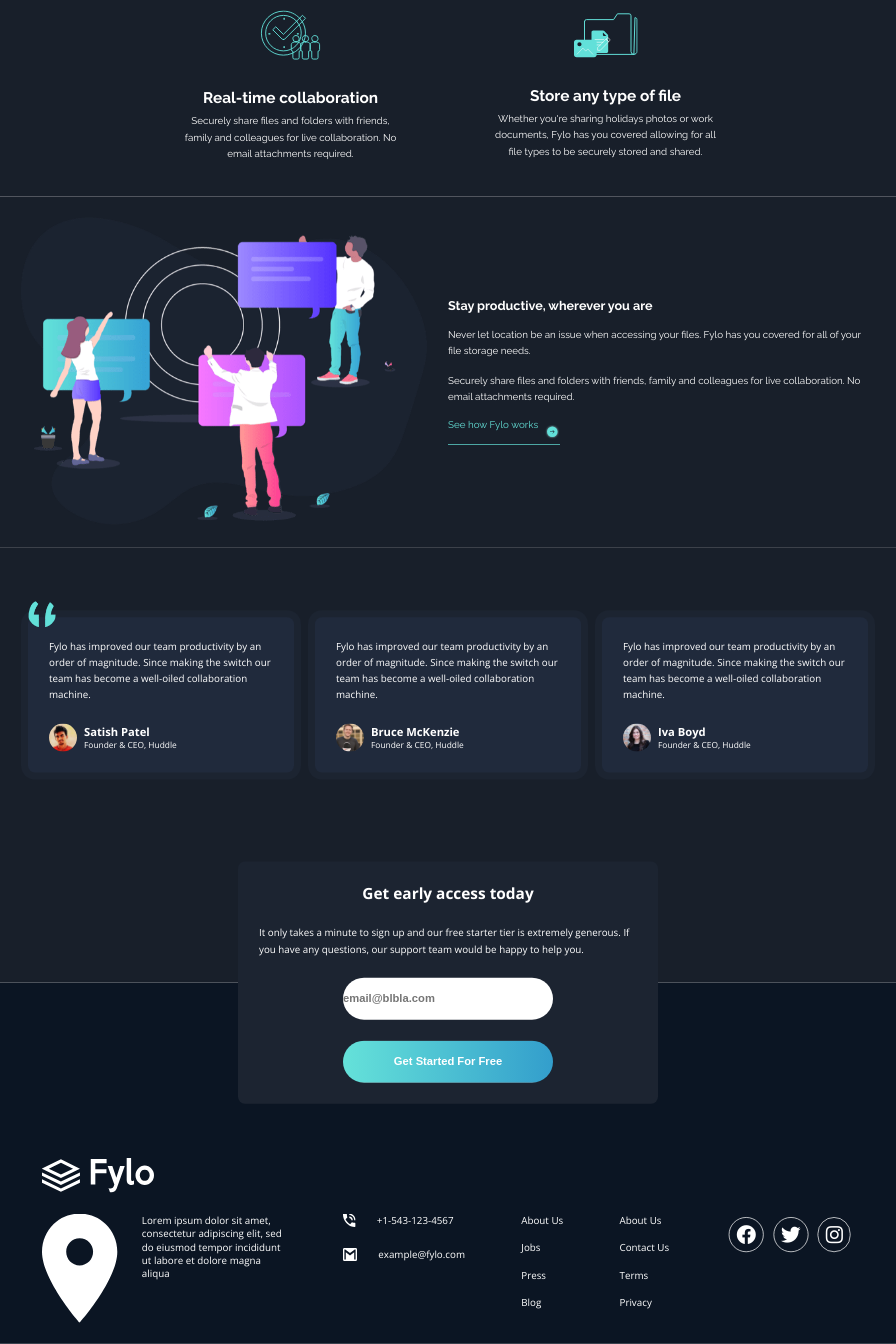
Repository: tomas938/fylo-dark-theme-landing-page-master
Page: index.html
An editor plug-in stored every save of this project. The page is shown before and after the next save, followed by the edit.
The browser window is 1280 px wide. The pictures show the part of the page from y = 1154 to 3074 px (the page is 3074 px tall), at 70% of full size.
Some web libraries are served in a nearby version. The style sheet was rebuilt from its Sass, Less or Tailwind sources for each picture, by a compiler version that may differ from the author's.

Above is the page before, as saved 2021-08-05 19:40:06.

### index.html
<!DOCTYPE html>
<html lang="en">
	<head>
		<meta charset="UTF-8" />
		<meta name="viewport" content="width=device-width, initial-scale=1.0" />
		<link
			rel="icon"
			type="image/png"
			sizes="32x32"
			href="./images/favicon-32x32.png"
		/>
		<title>
			Frontend Mentor | Fylo landing page with dark theme and features grid
		</title>
		<link rel="stylesheet" href="https://pro.fontawesome.com/releases/v5.10.0/css/all.css" integrity="sha384-AYmEC3Yw5cVb3ZcuHtOA93w35dYTsvhLPVnYs9eStHfGJvOvKxVfELGroGkvsg+p" crossorigin="anonymous"/>
		<link rel="stylesheet" href="/scss/main.css" />
	</head>
	<body>
		<section class="intro">
			<nav class="intro__navigation">
				<img src="/images/logo.svg" alt="" />
				<ul class="intro__navigation__links">
					<li><a href="#">Features</a></li>
					<li><a href="#">Team</a></li>
					<li><a href="#">Sign In</a></li>
				</ul>
			</nav>
			<div class="intro__description">
				<img class="bg-image" src="/images/illustration-intro.png" alt="" />
				<h1>All your files in one secure location, accessible anywhere.</h1>
				<p>
					Fylo stores all your most important files in one secure location.
					Access them wherever you need, share and collaborate with friends
					family, and co-workers.
				</p>
				<button class="blue-rounded">Get Started</button>
			</div>
		</section>
		<section class="about">
			<div class="about__item">
				<img src="/images/icon-access-anywhere.svg" class="icon"></img>
				<h3>Access your files, anywhere</h3>
				<p>
					The ability to use a smartphone, tablet, or computer to access your
					account means your files follow you everywhere.
				</p>
			</div>
			<div class="about__item">
				<img src="/images/icon-security.svg" class="icon"></img>
				<h3>Security you can trust</h3>
				<p>
					2-factor authentication and user-controlled encryption are just a
					couple of the security features we allow to help secure your files.
				</p>
			</div>
			<div class="about__item">
				<img src="/images/icon-collaboration.svg" class="icon"></img>
				<h3>Real-time collaboration</h3>
				<p>
					Securely share files and folders with friends, family and colleagues
					for live collaboration. No email attachments required.
				</p>
			</div>
			<div class="about__item">
				<img src="/images/icon-any-file.svg" class="icon"></img>
				<h3>Store any type of file</h3>
				<p>
					Whether you're sharing holidays photos or work documents, Fylo has you
					covered allowing for all file types to be securely stored and shared.
				</p>
			</div>
		</section>
    <section class="informations">
      <div class="informations__image">
        <img src="/images/illustration-stay-productive.png" alt="">
      </div>
      <div class="informations__content">
        <h4>Stay productive, wherever you are</h4>
        <p> Never let location be an issue when
		accessing your files. Fylo has you covered for all of your file storage
		needs.</p>
        <p> Securely share files and folders with friends, family and colleagues
		for live collaboration. No email attachments required.</p>
        <div class="link">
          <a href="#"> See how Fylo works</a>
          <img src="/images/icon-arrow.svg" alt="">
        </div>
      </div>
    </section>
    <section class="testimonials">
      <div class="testimonials__item">
        <img class="quotes" src="/images/bg-quotes.png" alt="">
        <p>	Fylo has improved our team productivity by an order of magnitude. Since
		making the switch our team has become a well-oiled collaboration machine.</p>
      <div class="person">
        <img src="/images/profile-1.jpg" alt="">
        <div class="person__information">
          <h4>	Satish Patel </h4>
          <h5> Founder & CEO, Huddle</h5>
        </div>
      </div>
      </div>
      <div class="testimonials__item">
        <p>	Fylo has improved our team productivity
		by an order of magnitude. Since making the switch our team has become a
		well-oiled collaboration machine.</p>
      <div class="person">
        <img src="/images/profile-2.jpg" alt="">
        <div class="person__information">
          <h4>Bruce McKenzie </h4>
          <h5> Founder & CEO, Huddle</h5>
        </div>
      </div>
      </div>
      <div class="testimonials__item">
        <p>	Fylo has improved our team productivity
		by an order of magnitude. Since making the switch our team has become a
		well-oiled collaboration machine.</p>
      <div class="person">
        <img src="/images/profile-3.jpg" alt="">
        <div class="person__information">
          <h4>	Iva Boyd </h4>
          <h5> Founder & CEO, Huddle</h5>
        </div>
      </div>
      </div>
    </section >
	<section class="contact">
		<div class="contact__item">
			<h3>Get early access today</h3>
			<p>	 It only takes a minute to sign
		  up and our free starter tier is extremely generous. If you have any
		  questions, our support team would be happy to help you.</p>
		  <input type="text" placeholder="email@blbla.com">
		  <button class="blue-rounded ">Get Started For Free</button>
		</div>
	</section>
	<!-- <footer class="footer">
		<div class="footer__wrapper">
			<div class="desk">
				<img class="logo" src="/images/logo.svg" alt="">
				<div  class="footer__wrapper__information">
					<div class="left">

						<div class="footer__wrapper__information__item">
							<img  src="/images/icon-location.svg" alt="">
							<p>Lorem ipsum dolor sit amet, consectetur adipiscing elit, sed do eiusmod
					tempor incididunt ut labore et dolore magna aliqua</p>
						</div>
					</div>
					<div class="right">

						<div class="footer__wrapper__information__item">
							<img src="/images/icon-phone.svg" alt="">
							<p> +1-543-123-4567</p>
						</div>
						<div class="footer__wrapper__information__item">
							<img  src="/images/icon-email.svg" alt="">
							<p>example@fylo.com</p>
						</div>
					</div>
					<div class="left-link">

						<div class="links-up">
							<a href="#">About Us</a>
							<a href="#">Jobs</a>
							<a href="#">Press</a>
							<a href="#"> Blog</a>
						</div>
					</div>
					<div class="right-link">

						<div class="links-down">
							<a href="#"> Contact Us</a>
							<a href="#">Terms</a>
							<a href="#"> Privacy</a>
						</div>
					</div>
					<div class="icons">
						<a href="#" ><i class="fab fa-facebook fa-2x"></i></a>
						<a href="#"><i class="fab fa-twitter fa-2x"></i></a>
						<a href="#">  <i class="fab fa-instagram fa-2x"></i>
						</a>
					</div>
				</div>
			</div>
		</div>
	</footer> -->
	<footer>
		<img class="logo" src="/images/logo.svg" alt="">
		<div class="footer__content">
			<div class="location">
				<img  src="/images/icon-location.svg" alt="">
							<p>Lorem ipsum dolor sit amet, consectetur adipiscing elit, sed do eiusmod
					tempor incididunt ut labore et dolore magna aliqua</p>
			</div>
			<div class="phone-email">
				<div class="phone"><img src="/images/icon-phone.svg" alt="">
							<p> +1-543-123-4567</p></div>
				<div class="email"><img  src="/images/icon-email.svg" alt="">
							<p>example@fylo.com</p></div>
			</div>
			<div class="right-links">
					<a href="#">About Us</a>
							<a href="#">Jobs</a>
							<a href="#">Press</a>
							<a href="#"> Blog</a>
			</div>
			<div class="left-links">
					<a href="#">About Us</a>
					<a href="#"> Contact Us</a>
					<a href="#">Terms</a>
					<a href="#"> Privacy</a>
			</div>
			<div class="icons">
						<a href="#" ><i class="fab fa-facebook fa-2x"></i></a>
						<a href="#"><i class="fab fa-twitter fa-2x"></i></a>
						<a href="#">  <i class="fab fa-instagram fa-2x"></i>
						</a>
			</div>
		</div>
	</footer>


	</body>
</html>

### scss/main.scss
@import "./_partials/variables";
@import "./_partials/_reset";
@import "./_partials/_intro";
@import "./_partials/_about";
@import "./_partials/_informations";
@import "./_partials/_testimonials";
@import "./_partials/_contact";
@import "./_partials/_footer";

### scss/_partials/_variables.scss
// COLORS //

// ### Primary //

$intro-bg: hsl(217, 28%, 15%); // intro email sign up
$main-bg: hsl(218, 28%, 13%);
$footer-bg: hsl(216, 53%, 9%);
$testimonials-bg: hsl(219, 30%, 18%);

// ### Accent //

$cayn: hsl(176, 68%, 64%); //(inside call-to-action gradient)//
$blue: hsl(198, 60%, 50%); //(inside call-to-action gradient)//
$error: hsl(0, 100%, 63%);

// ### Neutral //

$white: hsl(0, 0%, 100%);

// FONTS //

// ### Headings, Call-to-actions, Header Navigation //

@import url("https://fonts.googleapis.com/css2?family=Raleway:wght@400;700&display=swap");

$heading-font: "Raleway", sans-serif;
$heading-light: 400;
$heading-bold: 700;

// ### Body //

@import url("https://fonts.googleapis.com/css2?family=Open+Sans:wght@400;700&family=Raleway:wght@400;700&display=swap");

$body-font: "Open Sans", sans-serif;
$body-light: 400;
$body-bold: 700;

// Button
.blue-rounded {
	max-width: 30rem;
	font-size: 1.6rem;
	font-weight: $heading-bold;
	border: none;
	outline: none;
	color: $white;
	background-image: linear-gradient(to right, $cayn, $blue);
	border-radius: 3rem;
	height: 6rem;
	width: 100%;
}

### scss/_partials/_reset.scss
* {
	margin: 0;
	padding: 0;
	box-sizing: border-box;
}
body {
	color: $white;
	font-family: $body-font;
}
html {
	font-size: 62.5%;
	@media only screen and (min-width: 1600px) {
		font-size: 93.5%;
	}
	// @media only screen and (min-width: 1400px) {
	// 	font-size: 83.5%;
	// }
	@media only screen and (max-width: 800px) {
		font-size: 83.5%;
	}
	@media only screen and (max-width: 600px) {
		font-size: 63.5%;
	}
	@media only screen and (max-width: 340px) {
		font-size: 53.5%;
	}
}
a {
	text-decoration: none;
}
li {
	list-style: none;
}

### scss/_partials/_intro.scss
.intro {
	background-color: $intro-bg;
	font-family: $heading-font;
	background-image: url(/images/bg-curvy-mobile.svg);
	background-repeat: no-repeat;
	background-position: bottom;
	background-size: 150% 50%;

	&__navigation {
		padding: 3rem 2rem;
		display: flex;
		justify-content: space-between;
		@media only screen and (min-width: 800px) {
			padding: 3rem 8rem;
		}
	}
	img {
		width: 10rem;
		height: 2.95rem;
	}

	&__navigation__links {
		display: flex;
		align-items: center;
	}
	li:not(:last-child) {
		margin-right: 2.2rem;
	}
	a {
		color: $white;
		font-weight: $heading-light;
		font-size: 1.4rem;
	}
	&__description {
		max-width: 60rem;
		padding: 3rem;
		margin: auto;
		display: flex;
		flex-direction: column;
		align-items: center;
		grid-gap: 2rem;
	}
	.bg-image {
		width: 100%;
		height: 100%;
	}
	h1 {
		font-size: 2.5rem;
		text-align: center;
		line-height: 3.5rem;
	}
	p {
		font-size: 1.4rem;
		line-height: 2.3rem;
		text-align: center;
	}
}

### scss/_partials/_about.scss
.about {
	display: grid;
	grid-template-columns: 1fr;
	@media only screen and (min-width: 800px) {
		grid-template-columns: 35rem 35rem;
		grid-gap: 10rem;
		justify-content: center;
	}
	justify-items: center;
	grid-gap: 5rem;
	background-color: $main-bg;
	font-family: $heading-font;
	padding: 5rem 0;
	&__item {
		max-width: 35rem;

		display: flex;
		flex-direction: column;
		align-items: center;
		justify-content: center;
		padding: 0 1.5rem;
		grid-gap: 1rem;
	}
	.icon {
		margin-bottom: 3rem;
	}
	h3 {
		font-size: 2.2rem;
	}
	p {
		font-size: 1.4rem;
		line-height: 2.3rem;
	}
	h3,
	p {
		text-align: center;
	}
}

### scss/_partials/_informations.scss
.informations {
	display: flex;
	flex-direction: column;
	@media only screen and (min-width: 800px) {
		flex-direction: row;
		justify-content: space-around;
	}
	justify-content: center;
	align-items: center;
	grid-gap: 3rem;
	font-family: $heading-font;
	background-color: $main-bg;
	padding: 3rem;
	&__image {
		img {
			width: 100%;
		}
	}
	&__content {
		max-width: 60rem;
		@media only screen and (min-width: 800px) {
			max-width: 50%;
		}
		display: flex;
		flex-direction: column;
		grid-gap: 2rem;
	}
	h3 {
		text-align: center;
	}

	h4 {
		font-size: 1.8rem;
	}
	p {
		font-size: 1.4rem;
		line-height: 2.3rem;
		text-align: left;
	}
	.link {
		display: flex;
		align-items: center;
		justify-content: flex-start;
		border-bottom: 1px solid $cayn;
		width: 16rem;
		a {
			font-size: 1.4rem;
			color: $cayn;
		}
		img {
			margin-left: 1rem;
			height: 2rem;
		}
	}
}

### scss/_partials/_testimonials.scss
.testimonials {
	background-color: $main-bg;
	display: flex;
	flex-direction: column;
	@media only screen and (min-width: 800px) {
		flex-direction: row;
		grid-gap: 3rem;
	}
	align-items: center;
	grid-gap: 5rem;
	padding: 10rem 4rem 30rem 4rem;
	position: relative;
	&__item {
		max-width: 60rem;
		background-color: $testimonials-bg;
		border-radius: 1rem;
		box-shadow: 0px 0px 0px 10px $intro-bg;
		padding: 3rem;
		display: flex;
		flex-direction: column;
		grid-gap: 3rem;
		position: relative;
		.quotes {
			position: absolute;
			top: -2.5rem;
			left: 0;
		}
	}
	.person {
		display: flex;
		align-items: center;
		grid-gap: 1rem;
	}
	img {
		border-radius: 50%;
		width: 4rem;
		height: 4rem;
	}
	p {
		font-size: 1.4rem;
		line-height: 2.3rem;
	}
	h4 {
		font-size: 1.6rem;
	}
	h5 {
		font-size: 1.2rem;
		font-weight: $heading-light;
	}
}

### scss/_partials/_contact.scss
.contact {
	display: flex;
	justify-content: center;
	position: relative;
	.contact__item {
		position: absolute;
		width: 90%;
		transform: translateY(-50%);
		z-index: 1;
		background-color: $intro-bg;
		padding: 3rem;
		border-radius: 1rem;
		max-width: 60rem;
		display: flex;
		flex-direction: column;
		align-items: center;
		grid-gap: 3rem;
	}
	h3 {
		font-size: 2.2rem;
	}
	p {
		font-size: 1.4rem;
		line-height: 2.3rem;
	}
	input {
		max-width: 30rem;
		font-size: 1.6rem;
		font-weight: $heading-bold;
		border: none;
		outline: none;
		color: $white;
		border-radius: 3rem;
		height: 6rem;
		width: 100%;
	}
}

### scss/_partials/_footer.scss
// .footer {
// 	display: flex;
// 	justify-content: center;
// 	@media only screen and (min-width: 1000px) {
// 		display: block;
// 	}
// 	width: 100%;
// 	background-color: $footer-bg;
// 	color: $white;
// 	.footer__wrapper {
// 		max-width: 60rem;
// 		display: flex;
// 		flex-direction: column;
// 		@media only screen and (min-width: 1000px) {
// 			width: 100%;
// 			flex-direction: row;
// 		}
// 		grid-gap: 3rem;
// 		padding: 30rem 3rem 3rem 3rem;
// 		font-size: 1.6rem;
// 		&__information {
// 			display: flex;
// 			flex-direction: column;
// 			@media only screen and (min-width: 1000px) {
// 				flex-direction: row;
// 				justify-content: space-between;
// 			}
// 			grid-gap: 3rem;
// 		}
// 		&__information__item {
// 			display: flex;
// 			grid-gap: 3rem;
// 		}
// 		.logo {
// 			width: 16rem;
// 			height: 5rem;
// 			margin-bottom: 3rem;
// 		}
// 		.links-up,
// 		.links-down {
// 			display: flex;
// 			flex-direction: column;
// 			grid-gap: 2rem;
// 		}
// 		.links-up {
// 			padding-top: 5rem;
// 			@media only screen and (min-width: 1000px) {
// 				padding-top: 0rem;
// 			}
// 		}
// 		.links-down {
// 			padding-bottom: 5rem;
// 		}
// 		.icons {
// 			display: flex;
// 			justify-content: center;
// 		}

// 		i {
// 			border: 1px solid $white;
// 			border-radius: 50px;
// 			margin: 0.5rem;
// 			padding: 1rem;
// 		}
// 		img {
// 			width: 2rem;
// 			height: 2rem;
// 		}
// 		a {
// 			color: $white;
// 		}
// 	}
// }
// .desk {
// 	display: flex;
// 	flex-direction: column;
// 	justify-content: space-between;
// 	align-items: space-between;
// }
// .right {
// 	display: flex;
// 	grid-gap: 3rem;
// 	flex-direction: column;
// }
footer {
	font-size: 1.4rem;
	background-color: $footer-bg;
	padding: 25rem 6rem 3rem 6rem;
	display: flex;
	flex-direction: column;
	.footer__content {
		display: flex;
		justify-content: space-between;
	}
	.right-links,
	.left-links {
		display: flex;
		flex-direction: column;
	}
}
.logo {
	width: 16rem;
	height: 5rem;
	margin-bottom: 3rem;
}
.location,
.phone,
.email {
	display: flex;
	grid-gap: 3rem;
}
.phone-email {
	display: flex;
	flex-direction: column;
	grid-gap: 3rem;
}
.location {
	width: 35rem;
}
// img {
// 	width: 2rem;
// 	height: 2rem;
// }
a {
	color: $white;
	margin-bottom: 2rem;
}
i {
	border: 1px solid $white;
	border-radius: 50px;
	margin: 0.5rem;
	padding: 1rem;
}

After the next save:
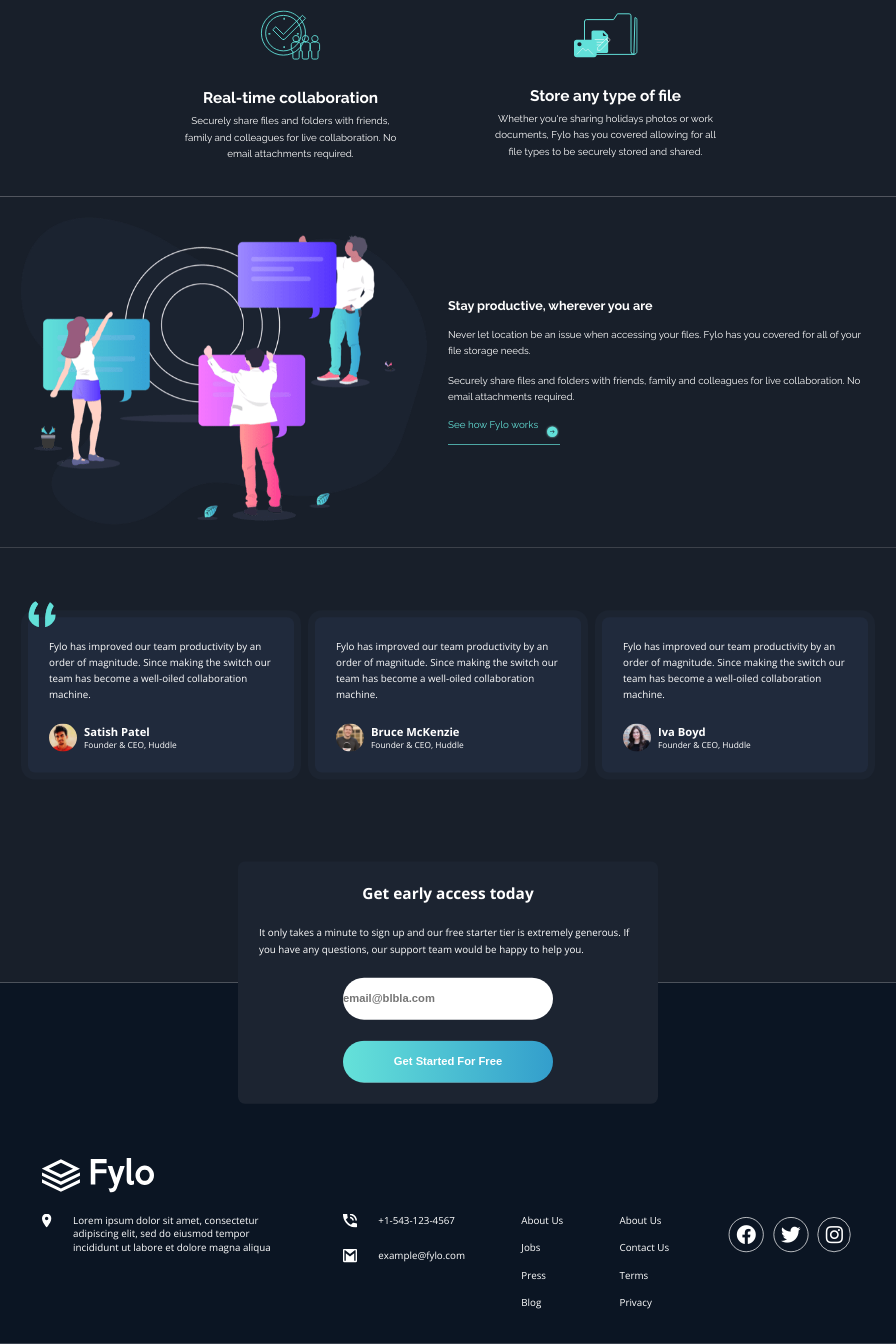
Saved 28 s later.
--- a/scss/_partials/_footer.scss
+++ b/scss/_partials/_footer.scss
@@ -108,6 +108,10 @@ footer {
 .email {
 	display: flex;
 	grid-gap: 3rem;
+	img {
+		width: 2rem;
+		height: 2rem;
+	}
 }
 .phone-email {
 	display: flex;
@@ -117,10 +121,6 @@ footer {
 .location {
 	width: 35rem;
 }
-// img {
-// 	width: 2rem;
-// 	height: 2rem;
-// }
 a {
 	color: $white;
 	margin-bottom: 2rem;
